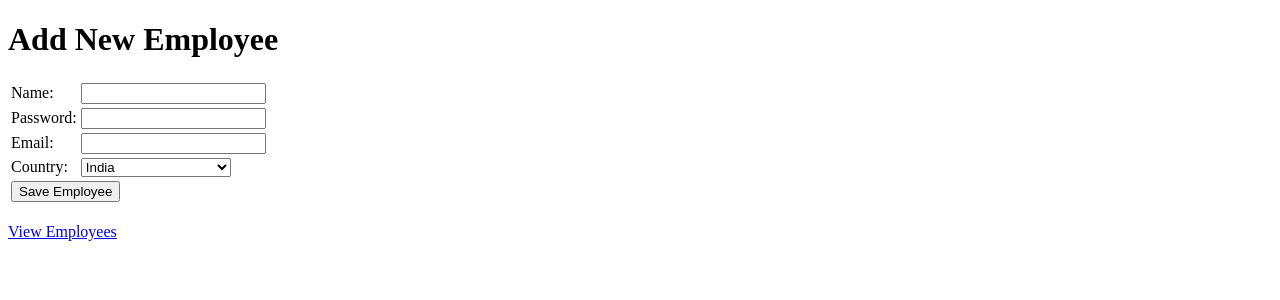
Repository: Kamleshmaury/CoreJava
Page: Crud_App/src/main/webapp/index.html
An editor plug-in stored every save of this project. The page is shown before and after the next save, followed by the edit.
The browser window is 1280 px wide. The pictures show the whole page.

Above is the page before, as saved 2022-10-18 07:29:42.

After the next save:
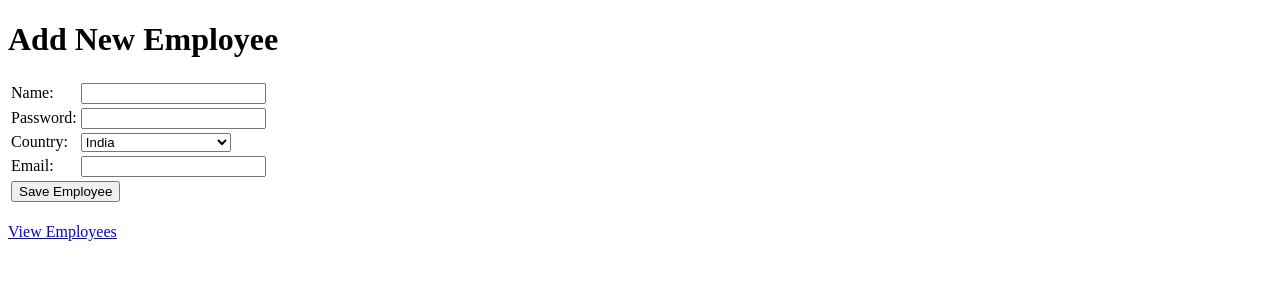
Saved 2 min 14 s later.
--- a/Crud_App/src/main/webapp/index.html
+++ b/Crud_App/src/main/webapp/index.html
@@ -10,7 +10,6 @@
 		<table>
 			<tr><td>Name:</td><td><input type="text" name="name"/></td></tr>
 			<tr><td>Password:</td><td><input type="password" name="password"/></td></tr>
-			<tr><td>Email:</td><td><input type="email" name="Email"/></td></tr>
 			<tr><td>Country:</td><td>
 			<select name="country" style="width:150px">
 				<option>India</option>
@@ -18,6 +17,7 @@
 				<option>China</option>
 				<option>Other</option>
 			</select>
+			<tr><td>Email:</td><td><input type="email" name="Email"/></td></tr>
 			</td></tr>
 			<tr><td colspan="2"><input type="submit" value="Save Employee"/></td></tr>
 		</table>
